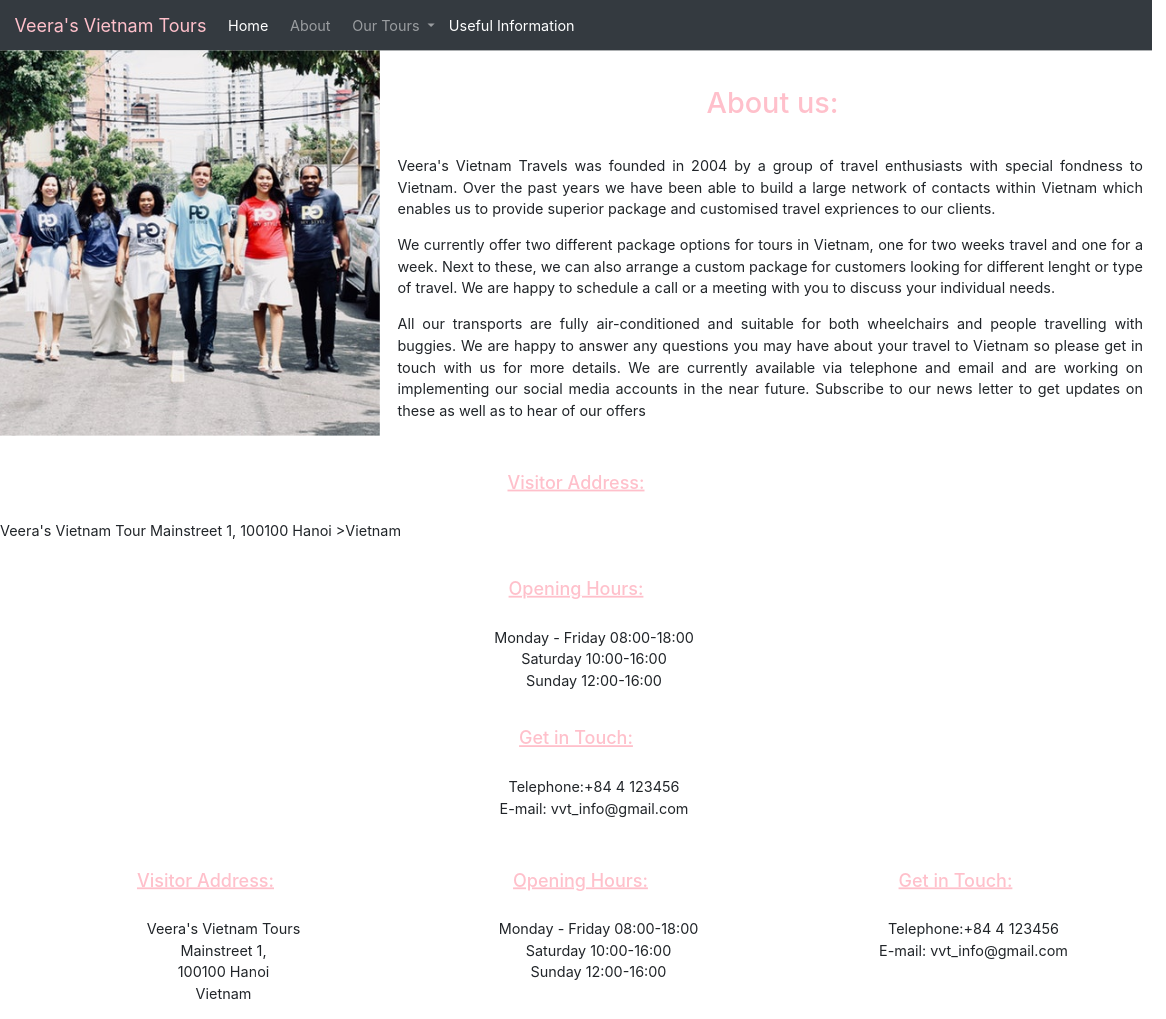
Repository: VAhola/VietnamTour
Page: about.html
The author's editor kept a record of every edit. The page is drawn from the files as they stood at one moment, then again after the next edit.
The browser window is 1280 px wide. The page is 1295 px wide, so the pictures cover 1295 px, including what lies to the right of the window. The pictures show the whole page, at 90% of full size.

Above is the page before.

### about.html
<!DOCTYPE html>
<html lang="en">
<head>
    <meta charset="UTF-8">
    <meta name="viewport" content="width=device-width, initial-scale=1.0">
    <meta http-equiv="X-UA-Compatible" content="ie=edge">
    <link rel="stylesheet" href="https://stackpath.bootstrapcdn.com/bootstrap/4.3.1/css/bootstrap.min.css" type="text/css" />
    <link rel="stylesheet" href="https://stackpath.bootstrapcdn.com/font-awesome/4.7.0/css/font-awesome.min.css" type="text/css" />
    <link rel="stylesheet" href="style.css" type="text/css"/>
    <title>Vietnam Project</title>
</head>
<body>

<!--Nav-->

    <nav class="navbar navbar-dark navbar-expand-sm bg-dark container-fluid">
        <a href="/" class="navbar-brand title">
                    Veera's Vietnam Tours</a>

     <button class="navbar-toggler ml-auto" type="button" data-toggle="collapse" data-target="#navbarNavDropdown" aria-controls="navbarNavDropdown" aria-expanded="false" aria-label="Toggle navigation">
        <span class="navbar-toggler-icon"></span></button>

      <div class="collapse navbar-collapse" id="navbarNavDropdown">
            <ul class="navbar-nav mr-auto">
                <li class="active nav-item mr-2"><a class="nav-link" href="index.html">Home</a></li>
                <li class="nav-item mr-2"><a class="nav-link" href="about.html">About</a></li>
                <li class="nav-item dropdown">
                    <a class="nav-link dropdown-toggle" href="#" id="navbarDropdownMenuLink" role="button" data-toggle="dropdown" aria-haspopup="true" aria-expanded="false">
          Our Tours
        </a>
                    <div class="dropdown-menu" aria-labelledby="navbarDropdownMenuLink">
                        <a class="dropdown-item" href="16d.html">16 Day Complete Vietnam</a>
                        <a class="dropdown-item" href="8d.html">8 Days Vietnam at glance</a>
                        <a class="dropdown-item" href="#">Customised Tours</a>
                    </div>
                </li>
                <li class="active nav-item mr-2"><a class="nav-link" href="Info.html">Useful Information</a></li>
            </ul>
            </div>
        </nav>
<!-- /.nav -->

        <div class="row .container-fluid">
            <a class="col-md-4 logo" href="index.html"></a>
            <div class="col-md-8">
        <h2>About us:</h2>

<section class="about_us">
<p>Veera's Vietnam Travels was founded in 2004 by  a group of travel enthusiasts with special fondness to Vietnam. Over the past years we have been able to build a large network of contacts within Vietnam which enables us to provide superior package and customised travel expriences to our clients.</p>

<p>We currently offer two different package options for tours in Vietnam, one for two weeks travel and one for a week. Next to these, we can also arrange a custom package for customers looking for different lenght or type of travel.
We are happy to schedule a call or a meeting with you to discuss your individual needs.</p>

<p>All our transports are fully air-conditioned and suitable for both wheelchairs and people travelling with buggies.

We are happy to answer any questions you may have about your travel to Vietnam so please get in touch with us for more details. We are currently available via telephone and email and are working on implementing our social media accounts in the near future.

Subscribe to our news letter to get updates on these as well as to hear of our offers
</p>

</section>
</div>
</div>

<div class="contact_det">
<figure class="gallery_item">

        <h5>Visitor Address:</h5>

        Veera's Vietnam Tour
        Mainstreet 1,
        100100 Hanoi
        >Vietnam

</figure>
<figure class="gallery__item">
         <h5>Opening Hours:</h5>
        <ul>
            <li>Monday - Friday 08:00-18:00</li>
            <li>Saturday 10:00-16:00</li>
            <li>Sunday  12:00-16:00</li>
        </ul>
</figure>
<figure class="gallery__item">
         <h5>Get in Touch:</h5>
        <ul>
            <li>Telephone:+84 4 123456</li>
            <li>E-mail: vvt_info@gmail.com</li>
        </ul>
    </figure>


<div class="row contacts">
    <div class="col-md-4">
        <h5>Visitor Address:</h5>
        <ul>
        <li>Veera's Vietnam Tours</li>
        <li>Mainstreet 1, </li>
        <li>100100 Hanoi </li>
        <li>Vietnam </li>
        </ul>
    </div>
    <div class="col-md-4">
        <h5>Opening Hours:</h5>
        <ul>
            <li>Monday - Friday 08:00-18:00</li>
            <li>Saturday 10:00-16:00</li>
            <li>Sunday  12:00-16:00</li>
        </ul>
    </div>
    <div class="col-md-4">
        <h5>Get in Touch:</h5>
        <ul>
            <li>Telephone:+84 4 123456</li>
            <li>E-mail: vvt_info@gmail.com</li>
        </ul>
    </div>

</div>

<footer class="container-fluid">

</footer>

    <script src="https://code.jquery.com/jquery-3.3.1.slim.min.js" integrity="sha384-q8i/X+965DzO0rT7abK41JStQIAqVgRVzpbzo5smXKp4YfRvH+8abtTE1Pi6jizo" crossorigin="anonymous"></script>
    <script src="https://cdnjs.cloudflare.com/ajax/libs/popper.js/1.14.3/umd/popper.min.js" integrity="sha384-ZMP7rVo3mIykV+2+9J3UJ46jBk0WLaUAdn689aCwoqbBJiSnjAK/l8WvCWPIPm49" crossorigin="anonymous"></script>
    <script src="https://stackpath.bootstrapcdn.com/bootstrap/4.1.3/js/bootstrap.min.js" integrity="sha384-ChfqqxuZUCnJSK3+MXmPNIyE6ZbWh2IMqE241rYiqJxyMiZ6OW/JmZQ5stwEULTy" crossorigin="anonymous"></script>

</body>
</html>

### style.css
html {
    border: none;
}

/*------------- Styling the header -----------*/

.header {
    background-color: #4F4F4F;
    background-position: center;
    text-align: center;
    background-size: cover;
    color: #fafafa;
    margin:0;
    padding-bottom: 10px;
    padding-top: 10px;


}

.button {
    color: white;
}


.navbar-dark .navbar-brand {
    color: pink;

}

.dropdown-menu {
    background-color: #4F4F4F;
}

.dropdown-item {
    color: #b9bec3;
}

.wrapper {
}
a {
    color:#fafafa;
}

.section1 {
    background-size: unset;
    text-align: center;
    background-image: url(Assets/pictures/bamboo-boat-clouds-cloudscape-2132098.jpg);
    background-repeat: no-repeat;
    min-height: 350px;
    color: black;
    padding: 20px 10px;
    background-position-y: bottom;
    background-position-x: center;
    background-color: darkgray;
}

.intro {
    background-color: pink;
    padding-top:10px;
    padding-bottom:10px;
}
h1, h2, h3{
    color: PINK;
    text-align: center;
    padding-bottom:30px;
    padding-top: 40px;
}

h5 {
    color: pink;
    text-align: center;
    margin-top: 40px;
    margin-bottom: 30px;
    text-decoration: underline
}

.logo {
    background: url("Assets/pictures/adults-buildings-cars-1701001.jpg");
    background-position: center;
    background-repeat: no-repeat;
    background-size: cover;
    min-height: 280px;
    max-width: 98%
    transition: all .5s ease-in-out;
    -moz-transition: all .5s ease-in-out;
    -webkit-transition: all .5s ease-in-out;
}

li {
    list-style: none;
    text-align: center
}

.tours {
    color:darkgray;
    text-align:center;
    margin-bottom:30px;
}

.about_us {
    text-align: justify;
    margin-left: 5px;
    margin-right: 10px;
}

.contacts {
    margin-left: 20px;
    margin-right: 10px;
}

.man {
    background-image: url(Assets/pictures/hanoi-man-market-1004123.jpg);

}

.towel {
 text-align:center;
 padding-left:15px;
 padding-right:15px;
 background-color: yellow;
}

.internary16 {
    text-align: left;
    margin: 10px 20px;
    align-content: center;
    text-align: justify;
}

.right {
    height:200px;
    word-break: break-word;
    float:right;
    margin: 5px;
}

.left {
    height:200px;
    word-break: break-word;
    float:left;
    margin: 5px;
}

article {
    margin: 5px;
}

img.iten_right {
    border: 1px solid #ddd;
    border-radius: 4px;
    padding: 5px;
    width: 300px;
    margin-left: 10px;
}

img.iten_left {
    border: 1px solid #ddd;
    border-radius: 4px;
    padding: 5px;
    width: 300px;
    margin-right: 10px;
}

img.map_right {
    border: 1px solid #ddd;
    border-radius: 4px;
    width: 130px;
    margin-left: 10px;
}




banner2 {
    display: inline-block;
}

.bggray {
    background-color: #f4f3f3;
    padding-bottom: 10px;
}

.section2 {
    background-size: unset;
    text-align: center;
    background-image: url(Assets/pictures/chaly-pavement-road-2044867.jpg);
    background-repeat: no-repeat;
    min-height: 350px;
    color: black;
    padding: 20px 10px;
    background-position-y: bottom;
    background-position-x: center;
    background-color: darkgray;
}

.dest {
    margin-left: 10px;
    margin-right: 10px;
}

.desth {
    margin-left: 10px;
    margin-right: 10px;
    text-align:center;
}

.ready {
    background-clip: white;
    margin-left: 10px;
    margin-right: 10px;
}

.grid-container-new {
  display: grid;
  justify-content: space-evenly;
  grid-template-columns: 25% 25% 25%; /*Make the grid smaller than the container*/
  grid-gap: 5px;
  padding: 10px;
}

.grid-container {
  display: grid;
  justify-content: space-evenly;
  grid-template-columns: 80% 20%; /*Make the grid smaller than the container*/
  grid-gap: 5px;
  padding: 10px;
}

.grid-item {
  background-color: rgba(255, 255, 255, 0.8);
  border: 1px solid rgba(0, 0, 0, 0.8);
  padding: 20px;
  font-size: 30px;
  text-align: center;
}

.gallery {
    display: grid;
    grid-template-columns: repeat(4, 1fr);
    grid-gap: 10px;
    margin-left: 5px;
    margin-right: 5px;
    padding-top:5px;
}

.gallery__img {
    width: 100%;
    height: 100%;
    object-fit: cover;
}

.header5 {
    color: pink;
    text-decoration: underline;
}

/* media queries */

@media (max-width:767px) {
    body {
    font-size:small;
    }
    .review{
    text-align:center;
    padding:20px 10px;
    margin-bottom:40px;
    display:inline;
    font-size:small;
    }

.contact_det{
    display: grid;
    grid-template-columns: repeat(3, 1fr);
    grid-gap: 10px;
    margin-left: 5px;
    margin-right: 5px;
    padding-top:5px;


}

@media (min-width: 768px) and (max-width: 991px) {
    .review {
    text-align:center;
    padding:20px 10px;
    margin-bottom:40px;
    display:flex;
    font-size:small;
    }
}

@media (min-width: 992px) and (max-width: 1800px) {
    .review{
    text-align:center;
    padding:20px 10px;
    margin-bottom:40px;
    display:inline-flex;
    }
}

After the next edit:
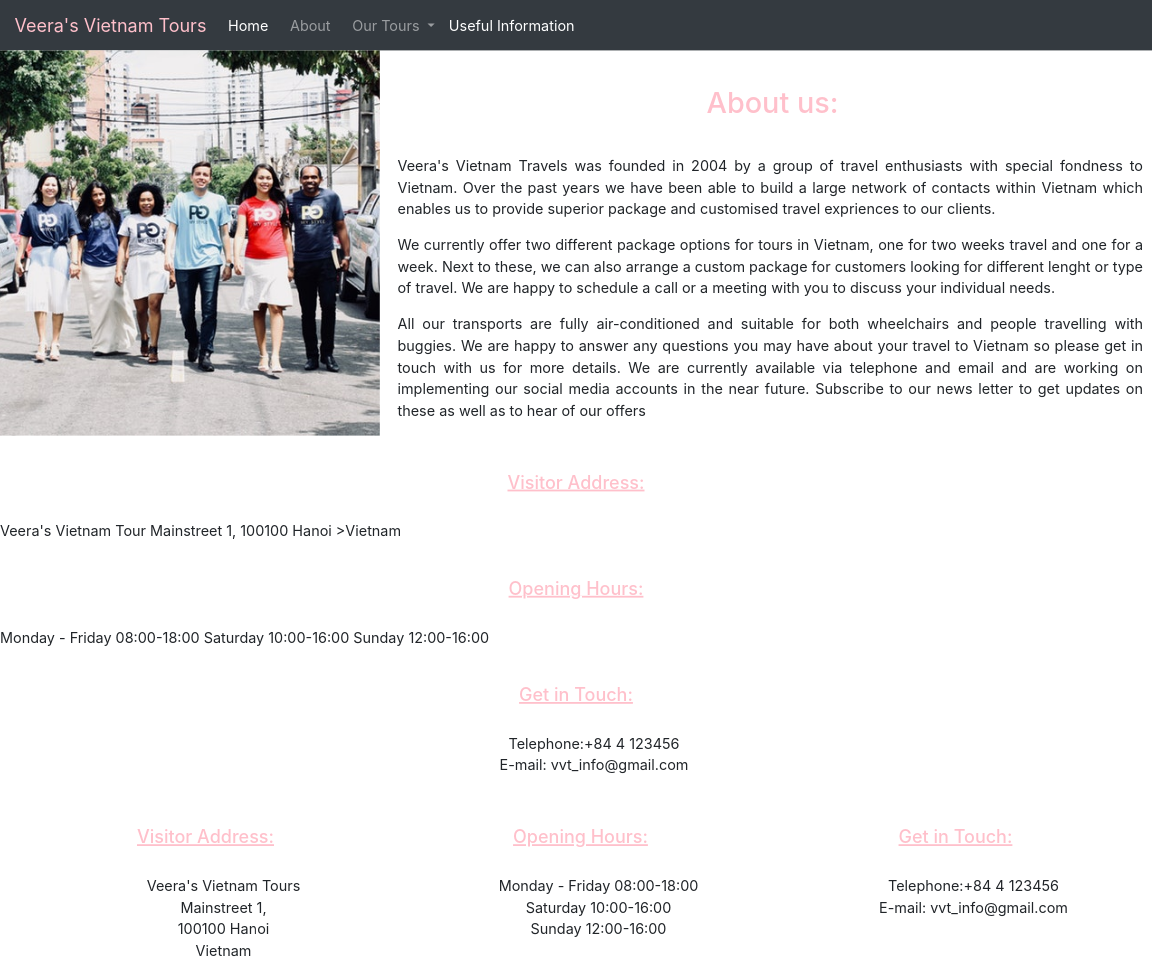
The edit:
--- a/about.html
+++ b/about.html
@@ -75,10 +75,10 @@
 </figure>
 <figure class="gallery__item">
          <h5>Opening Hours:</h5>
-        <ul>
-            <li>Monday - Friday 08:00-18:00</li>
-            <li>Saturday 10:00-16:00</li>
-            <li>Sunday  12:00-16:00</li>
+
+            Monday - Friday 08:00-18:00</li>
+            Saturday 10:00-16:00</li>
+            Sunday  12:00-16:00</li>
         </ul>
 </figure>
 <figure class="gallery__item">
